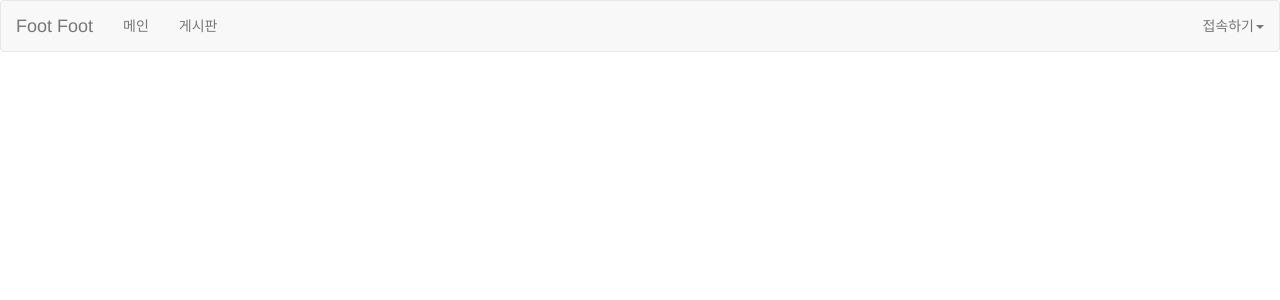
Repository: YuJunHa1/footfoot
Page: http://localhost/footfoot/main.jsp
An editor plug-in stored every save of this project. The page is shown before and after the next save, followed by the edit.
The browser window is 1280 px wide. The pictures show the whole page.
Some web libraries are served in a nearby version. The page is served by Tomcat 9. Other server files are loaded and not shown.

Above is the page before, as saved 2024-10-05 01:27:34.

### footfoot/src/main/webapp/main.jsp
<%@ page language="java" contentType="text/html; charset=UTF-8"
    pageEncoding="UTF-8"%>
<!DOCTYPE html>
<html>
<head>
<meta charset="UTF-8">
<meta name="viewport" content="text/html; initial-scale=1">
<link rel="stylesheet" href="css/bootstrap.css">
<title>footfoot</title>
</head>
<body>
	<nav class="navbar navbar-default">
		<div class="navbar-header">
			<button type="button" class="navbar-toggle callapsed"
				data-toggle="collapse" data-target="#bs-example-navbar-collapse-1"
				aria-expanded="false">
					<span class="icon-bar"></span>
					<span class="icon-bar"></span>
					<span class="icon-bar"></span>
				</button>
				<a class="navbar-brand" href="main.jsp">Foot Foot</a>
		</div>
		<div class="collapse navbar-collapse" id="bs-example-navbar-collapse-1">
			<ul class="nav navbar-nav">
				<li><a href="main.jsp">메인</a></li>
				<li><a href="bbs.jsp">게시판</a></li>
			</ul>
			<ul class="nav navbar-nav navbar-right">
				<li class="dropdown">
					<a href="#" class="dropdown-toggle"
						data-toggle="dropdown" role="button" aria-haspopup="true"
						aria-expanded="false">접속하기<span class="caret"></span></a>
				</li>
			</ul>
		</div>
	</nav>
	<script src="https://code.jquery.com/jquery-3.1.1.min.js"></script>
	<script src="js/bootstrap.js"></script>
</body>
</html>

Loaded but not shown: footfoot/src/main/webapp/css/bootstrap.css (library); footfoot/src/main/webapp/js/bootstrap.js (library)

After the next save:
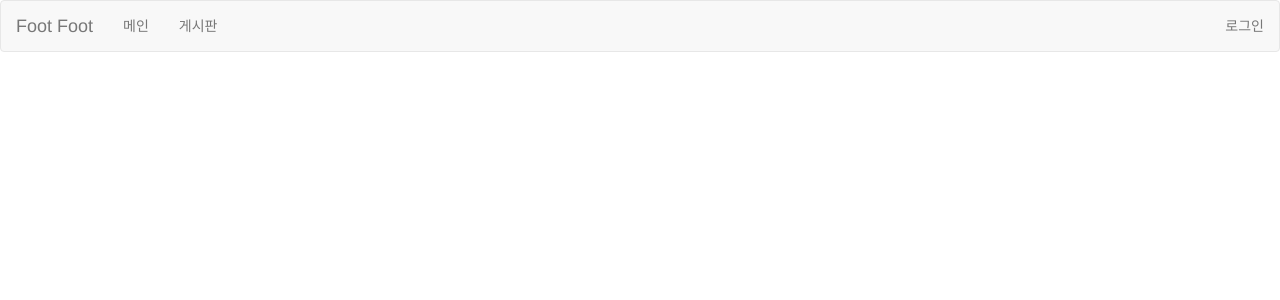
Saved 2 min 44 s later.
--- a/footfoot/src/main/webapp/main.jsp
+++ b/footfoot/src/main/webapp/main.jsp
@@ -26,11 +26,7 @@
 				<li><a href="bbs.jsp">게시판</a></li>
 			</ul>
 			<ul class="nav navbar-nav navbar-right">
-				<li class="dropdown">
-					<a href="#" class="dropdown-toggle"
-						data-toggle="dropdown" role="button" aria-haspopup="true"
-						aria-expanded="false">접속하기<span class="caret"></span></a>
-				</li>
+				<li><a href="bbs.jsp">로그인</a></li>
 			</ul>
 		</div>
 	</nav>
